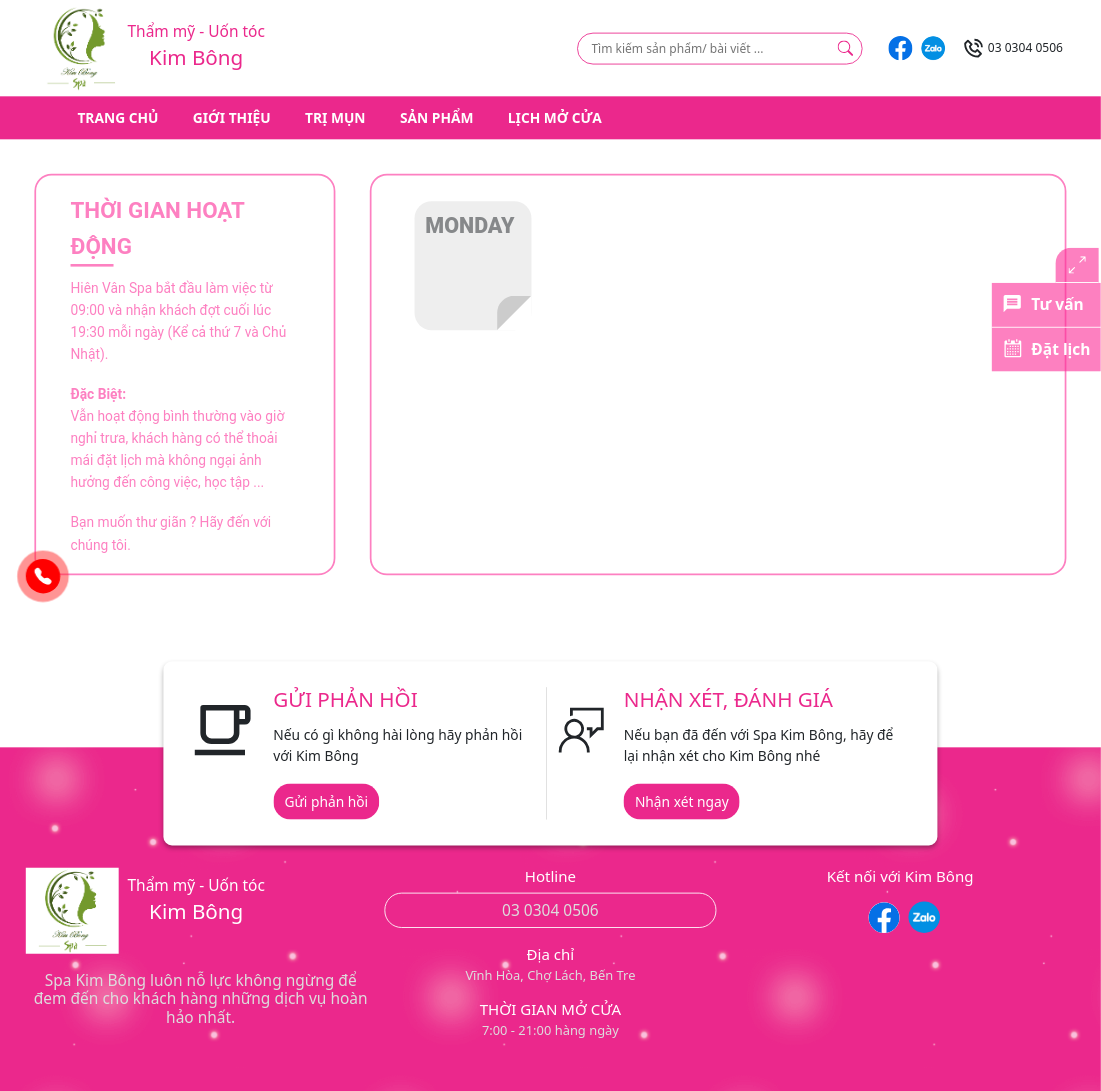
Repository: tranduykhuong/SpaKimBong
Page: /calendar
These files come from the project's save history. The page is drawn as it stood at one moment and after the next save; the edit follows.
The browser window is 1280 px wide. The pictures show the whole page, at 86% of full size.
The project was rebuilt for these pictures with package versions that can differ from the ones it lists, and the page was loaded fresh each time. Also part of the build but not shown: src/components/Banner/banner.scss, src/components/Banner/Banner.js, src/pages/Home/home.scss, src/pages/Home/ListImage/listImage.scss, src/pages/Home/ListImage/ListImage.js, src/pages/Home/BookOnline/bookOnl.scss, src/pages/Home/BookOnline/Modal/ModalBook/modalbook.scss, src/pages/Home/BookOnline/Modal/ModalBook/modalbook.js and 24 more.

Above is the page before, as saved 2022-06-07 10:45:34.

### src/App.js
import "./App.scss";
import Header from "./components/Header/Header";
import Home from "./pages/Home/Home";
import "bootstrap/dist/css/bootstrap.min.css";
import { Route, Routes } from "react-router-dom";
import About from "./pages/About/About";
import Products from "./pages/Product/Products";
import ProductDetail from "./pages/Product/ProductDetail/ProductDetail";
import AcneTreatment from "./pages/AcneTreatment/AcneTreatment";
import ContactToolbox from "./components/ContactToolbox/ContactToolbox";
import BackToTop from "./components/BackToTop/BackToTop";
import PhoneTool from "./components/PhoneTool/PhoneTool";
import Calendar from "./pages/Calendar/Calendar";

function App() {
  return (
    <div className="App">
      <Header />
      <ContactToolbox />
      <BackToTop />
      <PhoneTool />
      <Routes>
        <Route path="/" element={<Home />} />
        <Route path="/about" element={<About />} />
        <Route path="/products" element={<Products />} />
        <Route path="/acne" element={<AcneTreatment />} />
        <Route path="/calendar" element={<Calendar />} />

        <Route path="/products/1" element={<ProductDetail />} />
      </Routes>
    </div>
  );
}

export default App;

### src/components/ContactToolbox/ContactToolbox.js
import React, { useState } from "react";
import "./contactToolbox.scss";
import { MdMessage } from "react-icons/md";
import { GoCalendar } from "react-icons/go";
import { BsArrowsAngleExpand } from "react-icons/bs";

const ContactToolbox = () => {
  const [hidden, setHidden] = useState(false);

  return (
    <div className="contactFixed">
      <div className="toolboxScroll" onClick={() => setHidden((prev) => !prev)}>
        <BsArrowsAngleExpand className="iconArrow" />
      </div>
      <div className={"toolboxList " + (hidden ? "hidden" : "open")}>
        <div className="advise toolboxItem">
          <MdMessage className="iconMessage" />
          <p>Tư vấn</p>
        </div>
        <div className="book toolboxItem">
          <GoCalendar className="iconCalendar" />
          <p>Đặt lịch</p>
        </div>
      </div>
    </div>
  );
};

export default ContactToolbox;

### src/components/BackToTop/BackToTop.js
import React, { useEffect, useState } from "react";
import "./backToTop.scss";
import { FaRegArrowAltCircleUp } from "react-icons/fa";

const BackToTop = () => {
  const [clicked, setClick] = useState(true);
  const [hiddenArrow, setHiddenArrow] = useState(true);

  useEffect(() => {
    const handleScroll = () => {
      if (window.scrollY > 550) setHiddenArrow(false);
      else setHiddenArrow(true);
    };
    window.addEventListener("scroll", handleScroll);
    return () => {
      window.removeEventListener("scroll", handleScroll);
    };
  }, []);

  useEffect(() => {
    window.scrollTo(0, 0);
  }, [clicked]);

  return (
    <div
      className={"backToTop " + (hiddenArrow ? "" : "show")}
      onClick={() => setClick((prev) => !prev)}
    >
      <FaRegArrowAltCircleUp className="icon" />
    </div>
  );
};

export default BackToTop;

### src/components/PhoneTool/PhoneTool.js
import React from "react";
import "./phoneTool.scss";
import { BsFillTelephoneFill } from "react-icons/bs";

const PhoneTool = () => {
  return (
    <div className="phoneTool">
      <div className="phone">
        <BsFillTelephoneFill className="iconPhone" />
      </div>
      <div className="circle"></div>
    </div>
  );
};

export default PhoneTool;

### src/pages/Calendar/Calendar.js
import React from "react";
import "./calendar.scss";
import Footer from "./../../components/Footer/Footer";

const Calendar = () => {
  return (
    <div>
      <div className="container-calendar">
        <div className="container-bg-calendar">
          <div className="calendar">
            <div className="calendar-content">
              <h3>THỜI GIAN HOẠT ĐỘNG</h3>
              <p>
                Hiên Vân Spa bắt đầu làm việc từ 09:00 và nhận khách đợt cuối
                lúc 19:30 mỗi ngày (Kể cả thứ 7 và Chủ Nhật).
              </p>
              <strong id="special">Đặc Biệt:</strong>
              <p>
                Vẫn hoạt động bình thường vào giờ nghỉ trưa, khách hàng có thể
                thoải mái đặt lịch mà không ngại ảnh hưởng đến công việc, học
                tập ...
              </p>
              <p>Bạn muốn thư giãn ? Hãy đến với chúng tôi.</p>
            </div>

            <div className="calendar-boxs-day">
              <div className="calendar-boxs">
                <div className="calendar-box">
                  <p><strong>MONDAY</strong></p>
                </div>
                {/* <div className="calendar-box"></div>
                <div className="calendar-box"></div>
                <div className="calendar-box"></div>
                <div className="calendar-box"></div>
                <div className="calendar-box"></div>
                <div className="calendar-box"></div> */}
              </div>
            </div>
          </div>
        </div>
      </div>

      <Footer />
    </div>
  );
};

export default Calendar;

### src/components/Header/header.scss
@import '../../SCSS/base/variables.scss';
$height-navbar: 5rem;

.header {
    .mg-navbar {
        margin-bottom: $height-navbar;
    }

    .infor {
        max-width: 1200px;
        padding: .6rem 0;
        display: flex;
        justify-content: space-between;
        margin: 0 auto;

        .logo {
            display: flex;
            flex: 1;

            img {
                height: 10rem;
            }

            .nameSpa {
                color: $main-color;
                margin: auto 0;

                h4 {
                    font-size: 1.8rem;
                    font-weight: 500;
                }

                h2 {
                    font-size: 2.4rem;
                }
            }
        }


        .search {
            margin: auto 0;
            border-radius: 50px;
            border: solid .1rem $main-color;
            height: 37px;
            display: flex;

            input {
                font-size: 1.4rem;
                margin: auto 16px;
                min-width: 26rem;
                border: none;
                outline: none;
            }

            .icon {
                margin: auto 10px;
                cursor: pointer;
            }

            .iconSearch {
                width: 1.8rem;
                height: 1.8rem;
                color: $main-color;

                &:hover {
                    color: #f867b2;
                }
            }
        }

        .contact {
            display: flex;
            margin-left: 20px;

            .icon {
                margin: auto 0;
                margin-left: 10px;

            }

            .iconFacebook {
                width: 2.8rem;
                height: 2.8rem;
                color: rgba($color: #0570e6, $alpha: 1.0);
            }

            .iconZalo {
                width: 2.8rem;
                height: 2.8rem;
                border-radius: 50%;
            }

            .phone {
                margin: auto 0;
                margin-left: 20px;
                display: flex;

                .iconPhone {
                    width: 2.6rem;
                    height: 2.6rem;
                }

                h3 {
                    font-size: 1.4rem;
                    font-weight: 500;
                    margin: auto 4px;
                }
            }

        }
    }

    .fixedNavbar {
        position: fixed;
        top: 0;
        left: 0;
        z-index: 50;
        width: 100%;
        animation: fixedNavbar 1s forwards;
    }

    @keyframes fixedNavbar {
        from {
            top: -5rem;
            opacity: 0;
        }

        to {
            top: 0;
            opacity: 1;
        }
    }

    .myNavbar {
        height: $height-navbar;
        background-color: $main-color;

        .navbarContent {
            max-width: 1200px;
            margin: 0 auto;

            .navbarList {
                display: flex;
                margin: 0 1rem;
                // justify-content: space-evenly;

                li {
                    list-style: none;

                    a {
                        line-height: $height-navbar;
                        height: $height-navbar;
                        display: block;
                        color: #fff;
                        font-size: 1.6rem;
                        font-weight: 600;
                        text-decoration: none;
                        padding: 0 2rem;
                    }

                    &:hover {
                        background-color: #f844a1;
                        cursor: pointer;
                    }
                }

                .active {
                    background-color: #dd0876;
                }
            }
        }
    }
}

### src/components/Footer/Footer.js
import React, { useEffect } from "react";
import "./footer.scss";
import { BsFacebook } from "react-icons/bs";
import { RiCupLine } from "react-icons/ri";
import { VscFeedback } from "react-icons/vsc";

const Footer = () => {
  return (
    <div className="footer">
      <div className="logo">
        <div className="info">
          <img src="../../img/logoSpa.png" alt="" />
          <div className="nameSpa">
            <h4>Thẩm mỹ - Uốn tóc</h4>
            <h2>Kim Bông</h2>
          </div>
        </div>

        <h5>
          Spa Kim Bông luôn nỗ lực không ngừng để đem đến cho khách hàng những
          dịch vụ hoàn hảo nhất.
        </h5>
      </div>

      <div className="address">
        <h3>Hotline</h3>
        <div className="hotline">03 0304 0506</div>
        <h3>Địa chỉ</h3>
        <h4>Vĩnh Hòa, Chợ Lách, Bến Tre</h4>
        <h3>THỜI GIAN MỞ CỬA</h3>
        <h4>7:00 - 21:00 hàng ngày</h4>
      </div>
      <div className="contact">
        <h3>Kết nối với Kim Bông</h3>
        <a href="/" className="icon">
          <BsFacebook className="iconFacebook" />
        </a>
        <a href="/" className="icon">
          <img src="../../img/Zalo.png" alt="" className="iconZalo" />
        </a>
      </div>

      <div className="subFooter">
        <div className="report">
          <RiCupLine className="icon" />
          <div>
            <h3>Gửi phản hồi</h3>
            <p>Nếu có gì không hài lòng hãy phản hồi với Kim Bông</p>
            <div className="btn">Gửi phản hồi</div>
          </div>
        </div>
        <div className="feedback">
          <VscFeedback className="icon" />
          <div>
            <h3>Nhận xét, Đánh giá</h3>
            <p>
              Nếu bạn đã đến với Spa Kim Bông, hãy để lại nhận xét cho Kim Bông
              nhé
            </p>
            <div className="btn">Nhận xét ngay</div>
          </div>
        </div>
      </div>
    </div>
  );
};

export default Footer;

### src/components/ContactToolbox/contactToolbox.scss
.contactFixed {
    position: fixed;
    top: 50%;
    transform: translateY(-50%);
    right: 0;
    z-index: 100;
    cursor: pointer;

    .toolboxScroll {
        border-top-left-radius: 1.8rem;
        background-color: rgba($color: #fc2c97, $alpha: 0.6);
        width: 5rem;
        padding: 1rem;
        color: #fff;
        transform: translateX(149%);
        border-bottom: 1px solid #fff;

        .iconArrow {
            width: 2rem;
            height: 2rem;
        }
    }

    .toolboxList {
        background-color: rgba($color: #fc2c97, $alpha: 0.6);


        .toolboxItem {
            display: flex;
            padding: 1.2rem;
            color: #fff;

            p {
                font-size: 1.8rem;
                margin: 0;
                padding-left: 1rem;
                font-weight: 600;
            }
        }

        .advise {
            border-bottom: 1px solid #fff;

            .iconMessage {
                width: 2.4rem;
                height: 2.4rem;
            }
        }

        .book {

            .iconCalendar {
                width: 2.4rem;
                height: 2.4rem;
            }
        }
    }

    .hidden {
        animation: toRight 0.8s linear forwards;
    }

    .open {
        animation: toLeft 0.8s linear backwards;
    }

    @keyframes toRight {
        to {
            transform: translateX(62%);
        }
    }

    @keyframes toLeft {
        from {
            transform: translateX(62%);

        }

        to {
            transform: translateX(0);
        }
    }
}

### src/components/BackToTop/backToTop.scss
.backToTop {
    position: fixed;
    bottom: 2rem;
    right: 2rem;
    z-index: 100;
    display: none;

    .icon {
        width: 4rem;
        height: 4rem;
        color: #fa72b8;
        cursor: pointer;
    }
}

.show {
    animation: FadeIn 0.8s forwards;
    display: block;

    @keyframes FadeIn {
        from {
            bottom: 0;
        }

        to {
            bottom: 2rem;
        }
    }
}

### src/components/PhoneTool/phoneTool.scss
.phoneTool {
    position: fixed;
    width: 6rem;
    height: 6rem;
    left: 1rem;
    border-radius: 50%;
    bottom: 3rem;
    z-index: 100;
    cursor: pointer;

    .phone {
        position: absolute;
        z-index: 5;
        top: 34%;
        left: 34%;
        background-color: red;
        padding: 1rem;
        border-radius: 50%;
        animation: phoneSkin 1s infinite ease-in-out;

        .iconPhone {
            height: 2rem;
            width: 2rem;
            color: #fff;

        }

        @keyframes phoneSkin {
            0% {
                transform: rotate(0) scale(1) skew(1deg);
            }

            10% {
                transform: rotate(-25deg) scale(1) skew(1deg);
            }

            20% {
                transform: rotate(25deg) scale(1) skew(1deg);
            }

            30% {
                transform: rotate(-25deg) scale(1) skew(1deg);
            }

            40% {
                transform: rotate(25deg) scale(1) skew(1deg);
            }

            50% {
                transform: rotate(0) scale(1) skew(1deg);
            }

            100% {
                transform: rotate(0) scale(1) skew(1deg);
            }
        }
    }

    .circle {
        position: absolute;
        width: 6rem;
        height: 6rem;
        border-radius: 50%;
        top: 16%;
        left: 16%;
        background-color: rgba($color: rgb(255, 42, 42), $alpha: 0.5);
        animation: zoom 1s infinite;

        @keyframes zoom {
            0% {
                transform: scale(0.9);
            }

            70% {
                transform: scale(1);
                box-shadow: 0 0 0 15px transparent;
            }

            100% {
                transform: scale(0.9);
                box-shadow: 0 0 0 0 transparent;
            }
        }
    }
}

### src/pages/Calendar/calendar.scss
.container-calendar {
  .container-bg-calendar {
    .calendar {
      display: flex;
      width: 100%;
      text-align: left;
      padding: 4rem;
      font-family: "Roboto", sans-serif;

      .calendar-content {
        width: 30%;
        border: solid 2px #fd80c1;
        // border-bottom-left-radius: 20px;
        // border-top-left-radius: 20px;
        // border-top-right-radius: 20px;
        border-radius: 20px;
        padding: 2rem 4rem 0;
        margin-right: 4rem;
        h3 {
          margin: 0 0 13px;
          color: #fd80c1;
          font-size: 26px;
          font-weight: bold;
          line-height: 1.6;
        }

        h3:after {
          content: "";
          display: block;
          width: 5rem;
          height: 0.25rem;
          background: #fd80c1;
        }

        #special {
          color: #fd80c1;
          font-size: 16px;
          line-height: 1.6;
          margin-bottom: 0;
        }

        p {
          margin: 0 0 21px;
          color: #fd80c1;
          font-size: 16px;
          line-height: 1.6;
        }
      }

      .calendar-boxs-day {
        width: 70%;
        border: solid 2px #fd80c1;
        border-radius: 20px;
        padding: 3rem 0 2rem 5rem;

        .calendar-boxs {
          display: flex;
          width: 100%;
          flex-wrap: wrap;

          .calendar-box {
            margin: 0 1rem 1rem 0;
            width: 18%;
            height: 15rem;
            // border: solid 2px #fd80c1;
            // border-bottom-right-radius: 2rem;

            // margin: 10px;
            // width: 300px;
            // height: 200px;
            background-color: #eee;
            border-radius: 20px;
            position: relative;

            p{
              font: 40px "Roboto", sans-serif;
              font-weight: 600;
              opacity: 0.5;
              padding-left: 1.3rem;

            }
          }
          .calendar-box:before {
            content: "";
            position: absolute;
            bottom: 0;
            right: 0;
            border-top: 4rem solid #ccc;
            border-right: 4rem solid transparent;
            border-left: 0 solid transparent;
            border-top-left-radius: 20px;
          }
          .calendar-box:after {
            content: "";
            position: absolute;
            bottom: 0;
            right: 0;
            border-bottom: 4rem solid white;
            border-left: 4rem solid transparent;
          }
        }
      }
    }
  }
}

### src/SCSS/base/variables.scss
$main-color: #eb288c;
$text-color: #444;
$title-color: #fff;

### src/components/Footer/footer.scss
@import '../../SCSS/base/variables.scss';

.footer {
    background-image: url(../../../public/img/sparkle1.png), url(../../../public/img/sparkle2.png);
    width: 100%;
    height: 400px;
    background-color: $main-color;
    animation: sparkle 60s linear infinite;
    padding: 14rem 3rem 0;
    display: flex;
    justify-content: space-around;
    position: relative;
    margin-top: 16rem;

    .logo {
        flex: 1;

        .info {
            display: flex;

            img {
                height: 10rem;
            }

            .nameSpa {
                color: $title-color;
                margin: 1rem;

                h4 {
                    font-size: 1.8rem;
                    font-weight: 500;
                }

                h2 {
                    font-size: 2.4rem;
                }
            }
        }

        h5 {
            margin: 2rem .6rem;
            font-size: 1.8rem;
            font-weight: 400;
            color: #ddd;
        }
    }

    .contact {
        flex: 1;
        text-align: center;

        h3 {
            margin-bottom: 1.8rem;
            color: $title-color;
        }

        .icon {
            margin: auto 0;
            margin-left: 10px;

        }

        .iconFacebook {
            width: 3.6rem;
            height: 3.6rem;
            color: rgba($color: #0570e6, $alpha: 1.0);
            background-color: $title-color;
            border-radius: 50%;
        }

        .iconZalo {
            width: 3.7rem;
            height: 3.7rem;
            border-radius: 50%;
        }
    }

    .address {
        color: #ddd;
        flex: 1;
        text-align: center;

        h3 {
            // margin-bottom: 2rem;
            color: $title-color;
        }

        h4 {
            margin-bottom: 2rem;
        }

        .hotline {
            padding: .6rem;
            font-size: 1.8rem;
            margin: .8rem 1rem 2rem;
            border: 1px solid $title-color;
            border-radius: 2rem;

            &:hover {
                color: $title-color;
                cursor: pointer;
            }
        }
    }

    @keyframes sparkle {
        0% {
            background-position: 0px 0px, 0px 0px, 0px 0px;
        }

        100% {
            background-position: -500px -1000px, -400px -400px, 300px 300px;
        }
    }

    .subFooter {
        width: 100%;
        max-width: 90rem;
        min-height: 20rem;
        box-shadow: 0 3px 6px -4px rgba(0, 0, 0, 0.2), 0 3px 6px rgba(0, 0, 0, 0.3);

        background-color: #fff;
        border-radius: 1rem;
        z-index: 50;
        top: -10rem;
        left: 50%;
        transform: translateX(-50%);
        position: absolute;
        display: flex;
        padding: 3rem;
        justify-content: space-around;

        .report,
        .feedback {
            display: flex;
            flex: 1;
            justify-content: center;
            text-align: left;

            h3 {
                text-transform: uppercase;
                font-size: 2.4rem;
                color: $main-color;
            }

            p {
                font-size: 1.6rem;
                padding: 1rem 1.4rem 1rem 0;
            }

            .icon {
                height: 10rem;
                width: 10rem;
                margin-right: 2rem;
            }

            .btn {
                padding: 0.8rem 1.2rem;
                background-color: $main-color;
                border-radius: 2rem;
                font-size: 1.6rem;
                color: #fff;

                &:hover {
                    background-color: #cc1574;
                }
            }
        }

        .report {
            border-right: 1px solid #ddd;
        }

        .feedback {
            margin-left: 1rem;
        }
    }
}

Loaded but not shown: public/index.html (common file); src/index.js (common file); src/index.css (common file); src/reportWebVitals.js (common file); src/App.scss (common file); src/components/Header/Header.js (92 lines, source omitted)

After the next save:
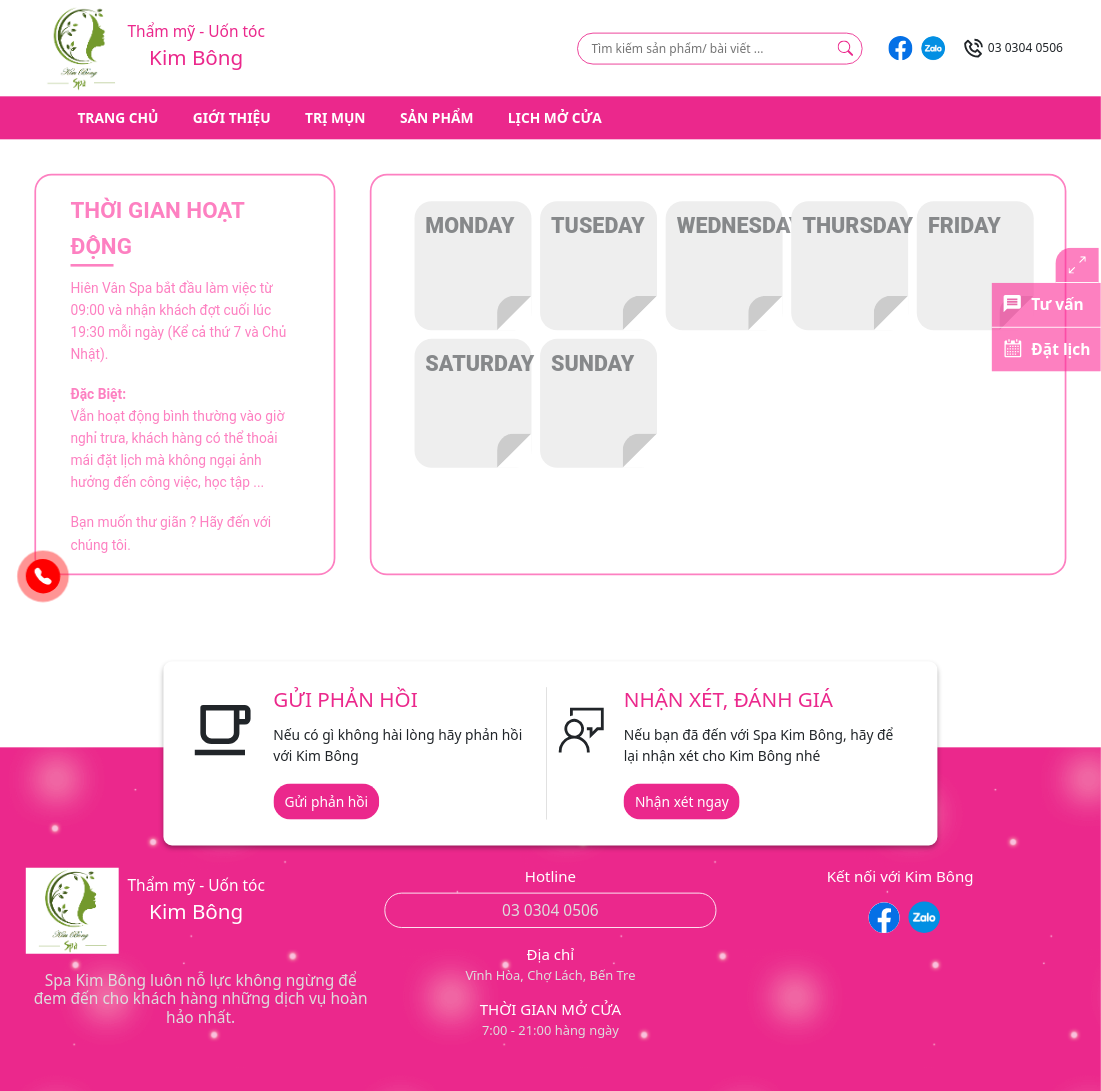
Saved 3 min 0 s later.
--- a/src/pages/Calendar/Calendar.js
+++ b/src/pages/Calendar/Calendar.js
@@ -28,12 +28,25 @@ const Calendar = () => {
                 <div className="calendar-box">
                   <p><strong>MONDAY</strong></p>
                 </div>
-                {/* <div className="calendar-box"></div>
-                <div className="calendar-box"></div>
-                <div className="calendar-box"></div>
-                <div className="calendar-box"></div>
-                <div className="calendar-box"></div>
-                <div className="calendar-box"></div> */}
+                <div className="calendar-box">
+                  <p><strong>TUSEDAY</strong></p>
+                </div>
+                <div className="calendar-box">
+                  <p><strong>WEDNESDAY</strong></p>
+                </div>
+                <div className="calendar-box">
+                  <p><strong>THURSDAY</strong></p>
+                </div>
+                <div className="calendar-box">
+                  <p><strong>FRIDAY</strong></p>
+                </div>
+                <div className="calendar-box">
+                  <p><strong>SATURDAY</strong></p>
+                </div>
+                <div className="calendar-box">
+                  <p><strong>SUNDAY</strong></p>
+                </div>
+
               </div>
             </div>
           </div>
